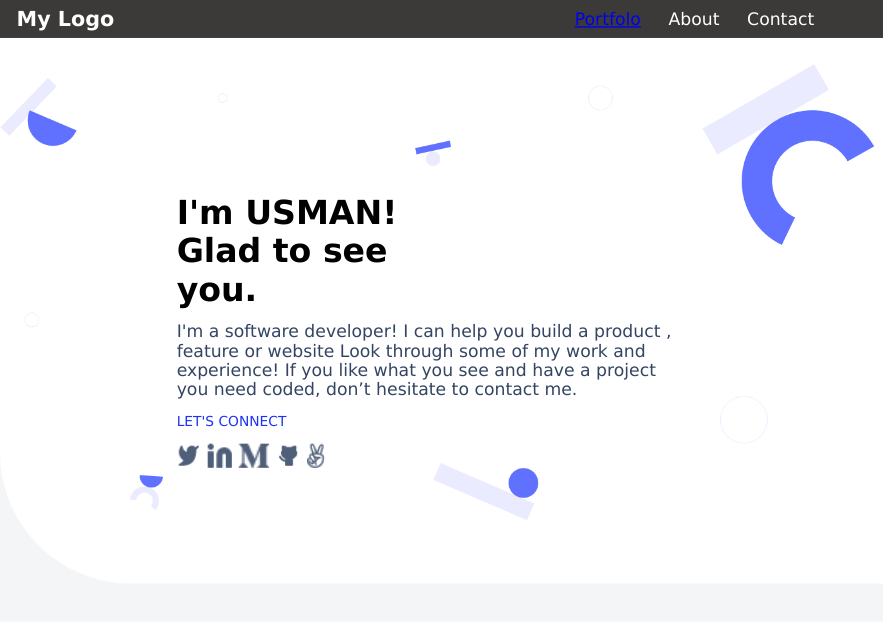
Repository: usman3123/portfolio-template-3
Page: portfolio.html
The author's editor kept a copy of each file at every save. The page is drawn from the files as they stood at one save, then again after the next save.
The browser window is 1280 px wide. The pictures show the whole page, at 69% of full size.
Some web libraries are served in a nearby version.

Above is the page before, as saved 2025-01-24 23:13:31.

After the next save:
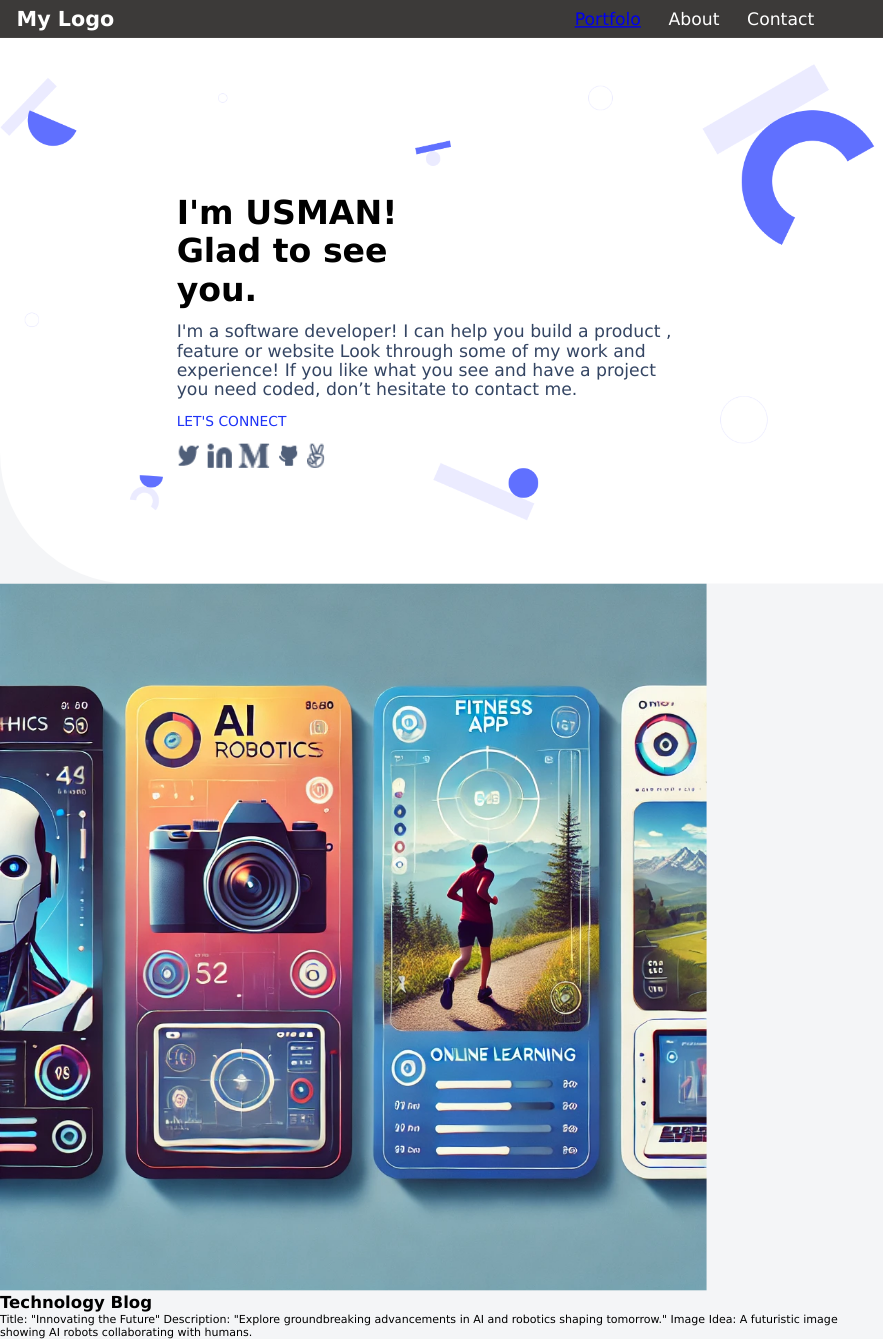
Saved 5 min 31 s later.
--- a/portfolio.html
+++ b/portfolio.html
@@ -57,7 +57,19 @@
   <!-- Cards Section -->
 
   <section class="cards">
-    <div class="card-1"></div>
+    <div class="card-1">
+      <img src="/assets/card-1img.webp" alt="CARD_!_IMG">
+      <div class="card1-content">
+        <h2>Technology Blog</h2>
+        <p class="content-p">
+          Title: "Innovating the Future"
+          Description: "Explore groundbreaking advancements in AI and robotics shaping tomorrow."
+          Image Idea: A futuristic image showing AI robots collaborating with humans.
+        </p>
+
+
+      </div>
+    </div>
     <div class="card-2"></div>
     <div class="card-3"></div>
     <div class="card-4"></div>
